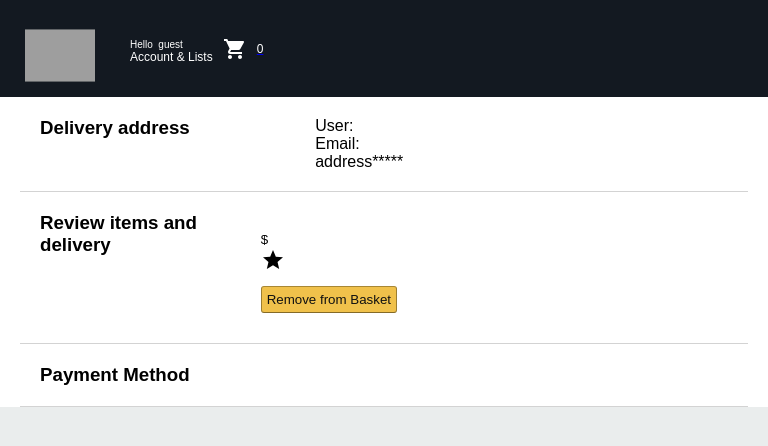
Repository: pinocoding/my-amazon-app
Page: /payment
These files come from the project's save history. The page is drawn as it stood at one moment and after the next save; the edit follows.
The browser window is 768 px wide. The pictures show the whole page.
Pictures or frames that could not be fetched are drawn as grey boxes. The page's requests for data from a server got no answer. Some web fonts or font styles are not loaded; a fallback is used. The project was rebuilt for these pictures with package versions that can differ from the ones it lists, and the page was loaded fresh each time. No one was signed in, and anything a server would have sent is missing. Also part of the build but not shown: src/components/Admin/admin.css, src/components/Admin/Admin.js, src/components/AuthForm/AuthStyle.css, src/components/AuthForm/AuthForm.js, src/components/Pagination/Paginationbutton.js, src/components/Products/IndividualProduct.js, src/components/Products/Product.css, src/components/Products/ProductCard.js and 30 more.

Above is the page before, as saved 2022-07-29 14:56:33.

### src/index.js
import React from "react";
import { BrowserRouter as Router } from "react-router-dom";
import ReactDOM from "react-dom/client";
import "./index.css";
import App from "./view/App";
import reportWebVitals from "./reportWebVitals";
import reducer, { initialState } from "./components/DataLayer/reducer";
import { StateProvider } from "./components/DataLayer/Datalayer";
import { AuthProvider } from "./components/DataLayer/Datalayer";

const root = ReactDOM.createRoot(document.getElementById("root"));
root.render(
  <Router>
    <React.StrictMode>
      <StateProvider initialState={initialState} reducer={reducer}>
        <AuthProvider>
          <App />
        </AuthProvider>
      </StateProvider>
    </React.StrictMode>
  </Router>
);

// If you want to start measuring performance in your app, pass a function
// to log results (for example: reportWebVitals(console.log))
// or send to an analytics endpoint. Learn more: https://bit.ly/CRA-vitals
reportWebVitals();

### src/index.css
@import url('http://fonts.cdnfonts.com/css/amazon-ember');
* {
  font-family: 'Amazon Ember', sans-serif;
  margin: 0;
  padding:0;
  /* max-width: 100%; */


 }

### src/view/App.js
import { BrowserRouter as Router, Routes, Route } from "react-router-dom";

import React, { useContext } from "react";
import { AuthContext } from "../components/DataLayer/Datalayer";

// --layoutComponent--
//

import Admin from "../components/Admin/Admin";
//
import AuthForm from "../components/AuthForm/AuthForm";
import "./App.css";
import HealthPersonalCare from "../components/Products/HealthPersonalCare/HealthPersonalCare";
import Header from "../components/Header/Header";
import Home from "../components/Home/Home";
import Checkout from "../components/CheckOut/Checkout";
import Login from "../components/AuthForm/Login";
import SignIn from "../components/AuthForm/SignIn";
import BookStores from "../components/Products/BookStores/BookStores";
import HeadSets from "../components/Products/Gaming accessories/HeadSets";
import ComputersAccessories from "../components/Products/ShopByCategory/ComputersAccessories";
import Dresses from "../components/Products/Dresses/Dresses";
import Chairs from "../components/Products/Gaming accessories/Chairs";
import KeyBoards from "../components/Products/Gaming accessories/KeyBoards";
import Mouses from "../components/Products/Gaming accessories/Mouses";
import IndividualPage from "../components/Products/IndividualPage";
import GamingAccess from "../components/Products/Gaming accessories/GamingAccess";
import Footer from "../components/Footer/Footer";
import Payment from "../components/Payment/Payment";
import BeautyPicks from "../components/Products/BeautyPicks/BeautyPick";
import DealOfTheDay from "../components/Products/DealOfTheDay/DealOfTheDay";

// --layoutComponent--

function App() {
  return (
    <div className="App">
      <Routes>
        <Route
          // ---home---
          path="/"
          element={
            <>
              <Header />
              <Home />
              <Footer />
            </>
          }
        />

        {/* ------Login----- */}
        <Route path="/login" element={<Login />} />
        <Route
          path="/SignIn"
          element={
            // <RequireAuth>
            <SignIn />
            // </RequireAuth>
          }
        />
        <Route path="/CreateAccount" element={<AuthForm />} />
        {/* ---//---- */}
        {/* ------Checkout---- */}
        <Route
          path="/checkout"
          element={
            <>
              <Header />
              <Checkout />
            </>
          }
        />
        {/*  */}
        {/*  */}
        <Route
          path="/payment"
          element={
            <>
              <Header />
              <Payment />
            </>
          }
        />
        {/*  */}
        <Route
          path="/GamingAccess"
          element={
            <>
              <Header />
              <GamingAccess />
            </>
          }
        />
        <Route
          path="/headsets"
          element={
            <>
              <Header />
              <HeadSets />
            </>
          }
        />
        <Route
          path="/keyboards"
          element={
            <>
              <Header />
              <KeyBoards />
            </>
          }
        />
        <Route
          path="/Mouses"
          element={
            <>
              <Header />
              <Mouses />
            </>
          }
        />
        <Route
          path="/Chairs"
          element={
            <>
              <Header />
              <Chairs />
            </>
          }
        />

        <Route
          path="/IndividualPage"
          element={
            <>
              <Header />
              <IndividualPage />
            </>
          }
        />
        <Route
          path="/ComputersAccessories"
          element={
            <>
              <Header />
              <ComputersAccessories />
            </>
          }
        />
        <Route
          path="/ComputersAccessories"
          element={
            <>
              <Header />
              <ComputersAccessories />
            </>
          }
        />
        <Route
          path="/BeautyPicks"
          element={
            <>
              <Header />
              <BeautyPicks />
            </>
          }
        />

        <Route
          path="/Dresses"
          element={
            <>
              <Header />
              <Dresses />
            </>
          }
        />
        <Route
          path="/HealthPersonalCare"
          element={
            <>
              <Header />
              <HealthPersonalCare />
            </>
          }
        />
        <Route
          path="/DealOfTheDay"
          element={
            <>
              <Header />
              <DealOfTheDay />
            </>
          }
        />
        <Route
          path="/BookStores"
          element={
            <>
              <Header />
              <BookStores />
            </>
          }
        />
        <Route
          path="/Admin"
          element={
            <>
              <Admin />
            </>
          }
        />
      </Routes>
    </div>
  );
}

export default App;

### src/components/DataLayer/reducer.js
export const initialState = {
  itembox:
    localStorage.getItem("item") == null
      ? []
      : JSON.parse(localStorage.getItem("item")),
};

const reducer = (state, action) => {
  switch (action.type) {
    case "ADD_TO_XBOX":
      return {
        itembox: [action.item],
      };

    default:
      return state;
  }
};

//
export default reducer;

### src/view/App.css
* {
  margin: 0;
  padding: 0;

}
body {
  background-color: rgb(234, 237, 237);
  font-family:'Segoe UI', Tahoma, Geneva, Verdana, sans-serif
}

### src/components/Header/Header.js
import React, { useContext } from "react";
import SearchIcon from "@mui/icons-material/Search";
import ShoppingCartIcon from "@mui/icons-material/ShoppingCart";
import { Link } from "react-router-dom";
import MenuIcon from "@mui/icons-material/Menu";
import LocationOnIcon from "@mui/icons-material/LocationOn";
import ArrowDropDownIcon from "@mui/icons-material/ArrowDropDown";
import { AuthContext } from "../DataLayer/Datalayer";

import "./Header.css";

function Header() {
  const context = useContext(AuthContext);
  const currentUser = context.currentUser;
  const handleLogOut = context.handleLogOut;
  const isActive = context.isActive;
  const setIsActive = context.setIsActive;
  const totalQty = context.totalQty;

  const userCartProduct = context.userCartProduct;

  const handlemouseover = () => {
    setIsActive(true);
  };

  const handlemouseout = () => {
    setIsActive(false);
  };

  return (
    <div>
      <div className="header">
        {/* <MenuIcon className="header__menu" /> */}
        <div className={isActive ? "Header__Overlay" : null}></div>

        <Link to="/">
          <img
            className="header__logo"
            src="https://www.nicepng.com/png/full/16-167642_amazon-logo-amazon-logo-white-text.png"
            alt=""
          />
        </Link>
        <div className="header__option header__address">
          <span className="header__addressIcon">
            <LocationOnIcon />
          </span>

          <div className="header__addressLine">
            <span className="header__optionLineOne">Hello Guest</span>
            <span className="header__optionLineTwo">Select your address</span>
          </div>
        </div>
        <div className="header__search">
          <div className="header__searchOption">
            All
            <ArrowDropDownIcon className="header__searchOptionIcon" />
          </div>
          <input type="text" className="header__searchInput" />

          <SearchIcon className="header__searchIcon" />
        </div>
        <div className="header__nav">
          <div
            className="header__option  "
            onMouseOver={handlemouseover}
            onMouseLeave={handlemouseout}
          >
            <div className="header__optionLineTwo header__optionLanguages">
              <img
                className="header__optionLanguagesimg "
                src="https://upload.wikimedia.org/wikipedia/commons/thumb/e/e2/Flag_of_the_United_States_%28Pantone%29.svg/1920px-Flag_of_the_United_States_%28Pantone%29.svg.png"
                alt="#"
              />
              <ArrowDropDownIcon className="header__optionLineTwoDropDownIcon" />
            </div>
          </div>
          <div className="header__option header__optionDropDown">
            <Link
              to="/login"
              onMouseOver={handlemouseover}
              onMouseLeave={handlemouseout}
              style={{ textDecoration: "none", color: "white" }}
            >
              <div className="Header__optionLine">
                <div className="header__optionLineOne">
                  <span>
                    Hello &nbsp;
                    <span>{currentUser ? currentUser : "guest"}</span>
                  </span>
                </div>

                <div className="header__optionLineTwo">
                  <p>Account & Lists</p>
                  <div>
                    <ArrowDropDownIcon className="header__optionLineTwoDropDownIcon" />
                  </div>
                </div>
              </div>
            </Link>
            <div
              className="Header__dropdowncontent"
              onMouseOver={handlemouseover}
              onMouseLeave={handlemouseout}
            >
              <div className="Header__dropdowntop">
                <div className="Header__dropdowntopcontent ">
                  <Link to={!currentUser && "/login"}>
                    <button
                      className="Header__dropdownbtn"
                      onClick={handleLogOut}
                    >
                      {currentUser ? "Sign Out" : "Sign In"}
                    </button>
                  </Link>
                  {currentUser ? (
                    ""
                  ) : (
                    <p>
                      New Costomer?
                      <Link to="/CreateAccount">
                        <span
                          onMouseOver={handlemouseover}
                          onMouseLeave={handlemouseout}
                        >
                          Start Here
                        </span>
                      </Link>
                    </p>
                  )}
                </div>
              </div>
              <div className="Header__dropdownbottom">
                <div className="Header__dropdownLeft">
                  <div className="Header__dropdowncontentLeft">
                    <p>Your List</p>
                    <ul>
                      <Link
                        style={{ color: "black", textDecoration: "none" }}
                        to={currentUser ? "/checkout" : "/login"}
                      >
                        <li>Your Lists</li>
                      </Link>

                      <li>Create a List</li>
                      <li>Find a List or Registry</li>
                      <li>AmazonSmile Charity Lists</li>
                    </ul>
                  </div>
                </div>
                <div className="Header__dropdownRight">
                  <div className="Header__dropdowncontentRight">
                    <p>Your Account</p>
                    <ul>
                      <li>Your Account</li>
                      <li>Account</li>
                      <li>Orders</li>
                      <li>Recommendations</li>
                      <li>Browsing History</li>
                    </ul>
                  </div>
                </div>
              </div>
            </div>
          </div>

          <div className="header__option">
            <span className="header__optionLineOne">Return</span>
            <span className="header__optionLineTwo">& Orders</span>
          </div>
        </div>
        <Link to="/checkout">
          {currentUser && userCartProduct.length > 0 ? (
            <div
              style={{ color: "orange", fontWeight: "600" }}
              className="header__optionBasket"
            >
              <ShoppingCartIcon />
              <span className="header__optionLineTwo header__basketCount">
                <span>{totalQty}</span>
              </span>
            </div>
          ) : (
            <div className="header__optionBasket">
              <ShoppingCartIcon />
              <span className="header__optionLineTwo header__basketCount">
                <span>0</span>
              </span>
            </div>
          )}
        </Link>
      </div>
    </div>
  );
}

export default Header;

### src/components/Payment/Payment.js
import React, { useContext } from "react";
import { Link } from "react-router-dom";
import "./Payment.css";
import { AuthContext } from "../DataLayer/Datalayer";
import CheckoutProduct from "../CheckOut/CheckoutProduct";

function Payment() {
  const context = useContext(AuthContext);
  const totalQty = context.totalQty;
  const currentUserEmail = context.currentUserEmail;
  const currentUser = context.currentUser;
  const userCartProduct = context.userCartProduct;
  // console.log(userCartProduct);
  return (
    <div className="payment">
      <div className="payment__container">
        <h1>
          Checkout(<Link to="/checkout">{totalQty}-item</Link>)
        </h1>
        <div className="payment__section">
          <div className="payment__title">
            <h3>Delivery address </h3>
          </div>
          <div className="payment__address">
            <p>User: {currentUser}</p>
            <p>Email: {currentUserEmail}</p>
            <p>address*****</p>
          </div>
        </div>
        <div className="payment__section">
          <div className="payment__title">
            <h3>Review items and delivery</h3>
          </div>
          <div className="payment__items">
            {/*  */}
            <CheckoutProduct userCartProduct={userCartProduct} />
            {/*  */}
          </div>
        </div>
        <div className="payment__section">
          <div className="payment__title">
            <h3>Payment Method</h3>
          </div>
          <div className="payment__details">{/* stripe */}</div>
        </div>
      </div>
    </div>
  );
}

export default Payment;

### src/components/firebase.js
import firebase from "firebase/compat/app";
import { initializeApp } from "firebase/app";
import { getFirestore } from "@firebase/firestore";
import "firebase/compat/auth";
import "firebase/compat/firestore";

const firebaseConfig = {
  apiKey: "AIzaSyDSsSfTzfi4wwRJrzuBzJH7Gs42OIcsnD8",
  authDomain: "my-b1f0c.firebaseapp.com",
  projectId: "my-b1f0c",
  storageBucket: "my-b1f0c.appspot.com",
  messagingSenderId: "605762731094",
  appId: "1:605762731094:web:ea10d7d9c8eb9a88c24ff7",
  measurementId: "G-770JMZ0X86",
};
// Initialize Firebase

const firebaseApp = firebase.initializeApp(firebaseConfig);
const fs = firebase.firestore();
const app = initializeApp(firebaseConfig);
const auth = firebase.auth();
const db = getFirestore(app);
// const storage = firebase.storage();
export { db, auth, fs };

### src/components/Header/Header.css
.header {


width: 100%;
max-width: 100%;
display: flex;
align-items: center;
background-color: #131921;
position: fixed;
top: 0;
/* right: 0; */
z-index: 100;

}
.header__logo {
  width: 100px;
  object-fit: contain;
  margin: 0 10px;
  margin-top: 18px;
}
.header__menu {
  display: none;
}
.header__search {
  display:  flex;
  flex: 1;
  align-items: center;
/*  */

}
.header__searchOption  {
  color:black;
  font-size: 15px;
  display: flex;
  justify-content: center;
  align-items: center;
  height: 15px;
  padding: 10px 5px 10px;
  background-color:gray;
  border-radius: 5px 0 0 5px;
}

.header__searchInput {
  height: 15px;
  padding: 10px;
  border: none;
  width: 100%;
}
.header__searchIcon {
  padding: 5px;
  height: 25px !important;
  background-color: #cd9042;
  border-radius: 0 5px 5px 0;
}
.header__option {
  display:flex;
  flex-direction: column;
  justify-content: center;
  margin-right: 10px;
  margin-left: 10px;
  color:white;
  position:relative;
}
.header__option:hover {
  cursor: pointer;
}
.header__option::after {
  content: ' ';
  position: absolute;
  z-index: -1;
  width: 110%;
  height:110%;
  left:-10%;
  bottom: -1%;
}



.header__nav {
  display: flex;

  justify-content: space-evenly;
  padding-top: 10px;
  ;
  padding-bottom: 5px;
}
.header__optionLineOne {
  font-size: 12px;
}
.header__optionLineTwo {
display: flex;
font-size: 15px;
}
.header__optionLineTwoDropDownIcon {
  font-size: 20px! important;
}


.header__optionBasket {
color: white;
display: flex;
align-items: center;
font-size: 30px;
}
.header__basketCount {
  margin-left:10px;
  margin-right: 10px;
}
.header__optionLanguages {
  padding-top: 10px;

  width: 30px;

  margin-right: 15px;
  margin-bottom: px;
}


.header__optionLanguagesimg {
  width: 100%;
object-fit: contain;

}
.header__address {
  display: flex;
  flex-direction: row;
  padding-bottom: 10px;

}
.header__addressIcon {
  margin-top: 10px;
}
.Header__Overlay {
  position: fixed ;
  top: 0 ;
  left: 0;
  right:0;
  bottom: 0;
  z-index: -2;
  background-color: rgba(0, 0, 0, 0.3);
transition:linear 0.2s ;
}
.header__optionDropDown {
  position: relative;
  display: inline-block;
}

.header__optionDropDown::after {
  content: "";
  position: absolute;
  background-color: transparent;
  z-index: 2;
  top: 20px;
  left: 0;
}
.Header__dropdowncontent {
  display:none;
  position: absolute;
  background-color: #f9f9f9;
  width: 400px;
  border-radius: 5px;
  margin-top: 5px;
  left: -150%;
  box-shadow: 0px 8px 16px 0px rgba(0,0,0,0.2);
  z-index: 1;
  padding:15px
}
.Header__dropdown-content .Header__dropdownbutn {
  color: black;
  padding: 12px 16px;
  text-decoration: none;
  display: block;
}
.Header__dropdowntopcontent > p {
  color : black;
  font-size: 10px;
  padding-top: 10px;
}
.Header__dropdowntopcontent > p >a {
  text-decoration: none;
}
.header__optionDropDown:hover .Header__dropdowncontent {
  display: block;
}

.Header__dropdowntop {
  display: flex;
  justify-content: center;
  text-align: center;
  padding: 20px;
  border-bottom: 1px solid #e7e7e7;
  transition: linear 0.2s;
}
.Header__dropdowntop .Header__dropdownbtn {
  padding: 5px 50px;
  border-radius:3px;
  background:#f0c14b;
border: none;
}
.Header__dropdownbottom {
  margin-top: 10px;

  display: flex;
  flex-direction: row;
  justify-content:flex-start;

  color  :black;
}
.Header__dropdownLeft {

  width: 50%;
  border-right: 1px solid #e7e7e7;

}
.Header__dropdownRight {
  width: 50%;


}
.Header__dropdowncontentLeft >p {
  padding-left: 20px;
  font-weight: 500;

}
.Header__dropdowncontentRight > p{
  padding-left: 20px;
  font-weight: 500;
}
.Header__dropdowncontentLeft >ul {
  font-size: 10px;
  padding-left: 20px;
  text-decoration: none;
  line-height: 1.5;

  list-style-type: none;
}
.Header__dropdowncontentRight >ul  {
font-size: 10px;
  padding-left: 20px;
  text-decoration: none;
  line-height:2;
  list-style-type: none;
}
@media only screen and (max-width: 768px)   {

  .header__address {
    display: none;
  }
  .header__nav .header__option:first-child {
    display: none;

  }

  .header__optionLineOne {
    font-size: 10px;
  }
  .header__optionLineTwo {
    font-size: 12px;
  }
  .header__nav .header__option:last-child {
    display: none;
  }
  .header__nav .header__optionLineTwoDropDownIcon {
    display:none;

  }
  .header__logo {
    transform: scale(0.7);
  }


 .header__searchInput {
    width: 20px;

  }
  .header__search {

    display:none;


}



}

### src/components/CheckOut/CheckoutProduct.js
import React from "react";
import StarIcon from "@mui/icons-material/Star";
import { useStateValue } from"../DataLayer/Datalayer";
import "./CheckoutProduct.css";

function CheckoutProduct({ id, title, image, price, rating }) {
  const [{ basket }, dispatch] = useStateValue();
  const removeFromBasket = () => {
    // removeFromBasket
    dispatch({
      type: "REMOVE_FROM_BASKET",
      id: id,
    });
  };
  return (
    <div className="checkoutProduct">
      <img className="checkoutProduct__image" src={image} alt="" />
      <div className="checkoutProduct__info">
        <p className="checkoutProduct__title">{title}</p>
        <p className="checkoutProduct__price">
          <small>$</small>
          <strong>{price}</strong>
        </p>
        <div className="checkoutProduct__rating">
          {/* đếm sao   */}
          {Array(rating)
            .fill()
            .map((_, i) => (
              <p>
                <StarIcon />
              </p>
            ))}
        </div>
        <button onClick={removeFromBasket}>Remove from Basket</button>
      </div>
    </div>
  );
}

export default CheckoutProduct;

### src/components/Payment/Payment.css
.payment {
  width: 100%;
  margin: 60px 0;
  background-color: white;

}
.payment__container > h1 {

  text-align: center;

}
.payment h1 a {
  text-decoration: none;
}
.payment__section {
  display: flex;
  padding:20px;
  margin: 0 20px;
  border-bottom: 1px solid lightgray;
}
.payment__title  {
  flex:0.4;
}
.payment__address {
  flex: 0.6;
}

### src/components/CardLayout/Card.css

.cardone{
 display: flex;
 flex-direction: column;
 background-color: white;


 justify-content: flex-end;
 margin:10px;
 width: 100%;
 max-width: 100%;
 max-height: 500px;
 min-height: 100px;
 z-index: 1;
 padding: 10px 30px;
 text-align: left;
}

.cardone  .cardone__img {
  max-height: 380px;
  width: 100%;
  object-fit: fill;
  transition: transform .5s ease;

}
.cardone:hover  .cardone__img {

  transform: scale(1.05);
cursor: pointer;

}
.cardone__title{
font-size: 20px;
font-weight: 600;
margin: 20px 0;
}

.cardone > a {
font-size: 15px;
color:cadetblue;
margin-top: 10px;
margin-bottom: 10px;
cursor: pointer;
}
a:hover {
text-decoration: underline;
}
/* card2 */
.cardtwo{
  background-color: white;
  margin:10px;
  width: 100%;

  max-height: 500px;
  min-height: 100px;
  padding: 10px 10px;
  z-index: 1;

 }
.cardtwo__title  {
  font-size: 20px;
  font-weight: 600;
  margin: 20px 0;

  }


.cardtwo__uibody  {
  display: grid;

  grid-template-columns: auto auto;
  padding: 10px;
  gap : 20px;
  margin-bottom: 40px;
}


 .cardtwo__uibody__cell {
width: 100%;

}
.cardtwo__uibody__cell > a {
  display: inline-block;
}
.cardtwo__uibody__cell a > img {
  object-fit:contain;

  width: 100%;
  height: 130px;
}
.cardtwo__uibody__cell > p {

  font-size: 13px;
}
.cardtwo > a {
  font-size: 15px;
  color:cadetblue;
  text-decoration: none;

  cursor: pointer;
  }

  a:hover {
  text-decoration: underline;
  }

.cardthree{
  background-color: transparent;
 margin:10px;
  width: 100%;
  max-width: 400px;
  max-height: 500px;
  min-height: 100px;
  z-index: 1;

  text-align: center;
  justify-content: center;

 }
.cardthree__infoup {
  width: 100%;
  padding: 10px 0;
  background-color: white;
  margin-bottom: 30px;


}
.cardthree__infoup h3 {
margin-top : 5px;
margin-bottom: 30px
}
.cardthree__infoup button {
  /* outline: none; */
  border: none;
padding: 8px 60px;
font-size: 20px;
border-radius:10px;
margin-bottom: 30px;
background-color:#f0c14b;
}

.carthree__infoimg > img  {
  width: 80%;
  min-height: 330px;
  object-fit: fill;

}

/* ------//------ */

@media only screen and (max-width: 768px) {

  .cardone {

  }

  .cardtwo {
    margin:10px 10px;
    padding: 10px 10px;


  }


}

### src/components/CheckOut/CheckoutProduct.css
.checkoutProduct button{
  background-color: #f0c14b;
  padding: 5px 5px;
 border-radius: 3px;
 border: 1px solid;
 margin-top: 10px;
 margin-bottom: 10px;
 border-color: #a88734 #9c7e31 #846a27;
 color: #111;
 cursor: pointer;

}
.checkoutProduct__rating {
  display: flex;
}

Loaded but not shown: public/index.html (common file); src/reportWebVitals.js (common file); src/components/DataLayer/Datalayer.js (361 lines, source omitted)

After the next save:
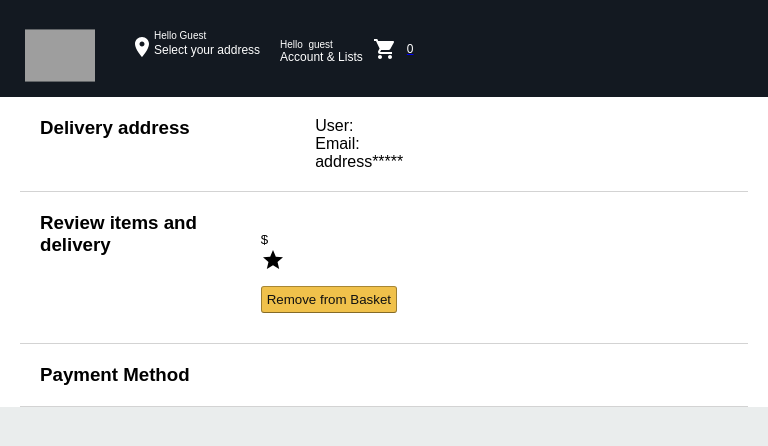
Saved 6 s later.
--- a/src/components/Header/Header.css
+++ b/src/components/Header/Header.css
@@ -243,9 +243,9 @@
 }
 @media only screen and (max-width: 768px)   {
 
-  .header__address {
+  /* .header__address {
     display: none;
-  }
+  } */
   .header__nav .header__option:first-child {
     display: none;
 

After the 3 saves that followed:
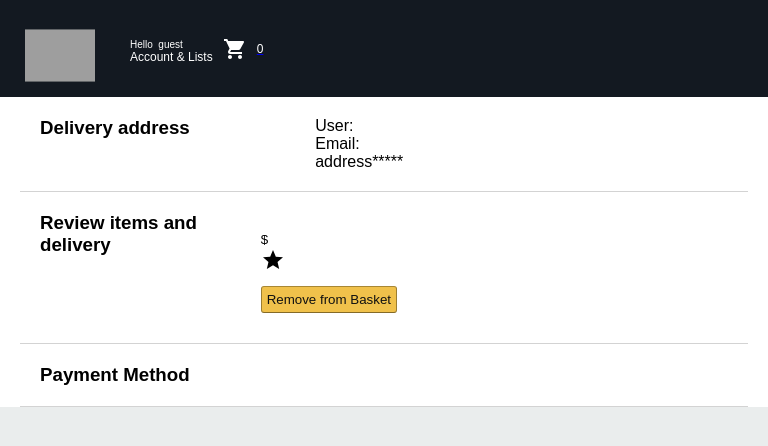
The 3 saves are shown as one change because 1 left the picture as it was and some came seconds apart.
The last was saved 28 s later.
--- a/src/components/Header/Header.css
+++ b/src/components/Header/Header.css
@@ -243,9 +243,9 @@
 }
 @media only screen and (max-width: 768px)   {
 
-  /* .header__address {
+  .header__address {
     display: none;
-  } */
+  }
   .header__nav .header__option:first-child {
     display: none;
 
